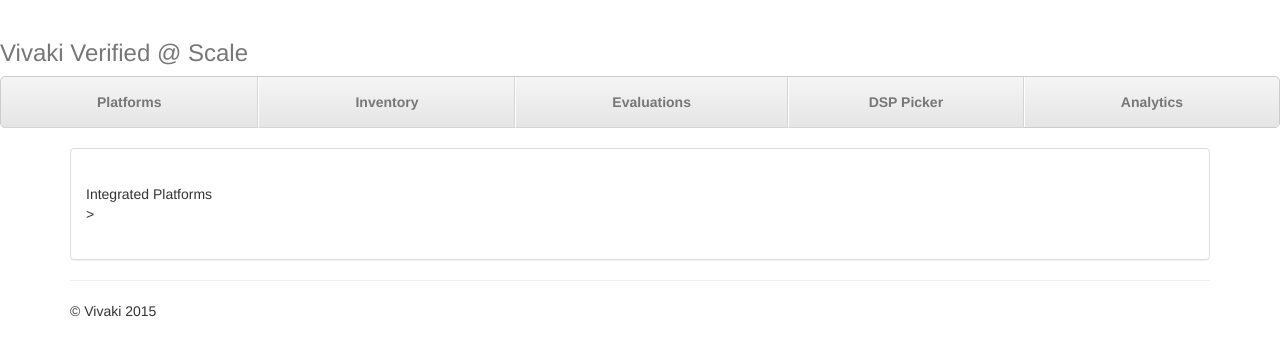
Repository: benlampert/vv
Page: vendors/templates/vendors/adserver_detail.html
The author's editor kept a record of every edit. The page is drawn from the files as they stood at one moment, then again after the next edit.
The browser window is 1280 px wide. The pictures show the whole page.
The template is drawn by Django 2.2. The application's start-up code is not run. The template is opened directly, without the code that normally fills it, so the values that code supplies are empty.

Above is the page before.

After the next edit:
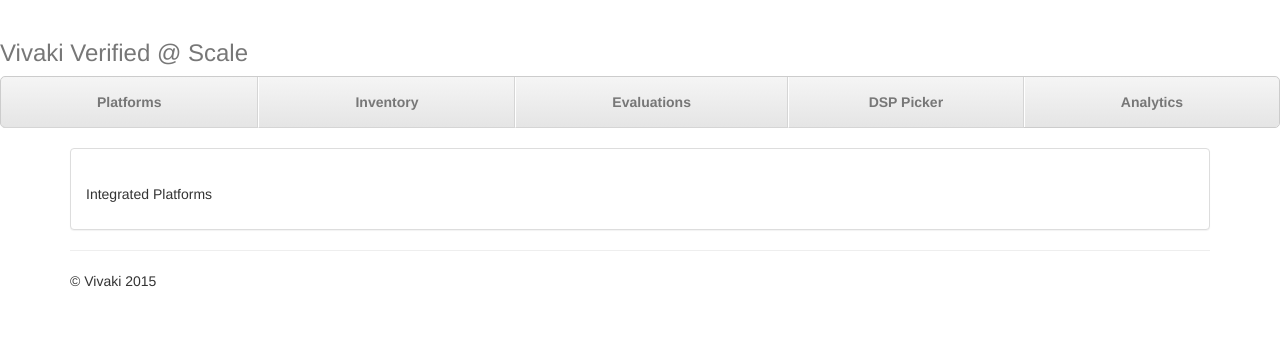
The edit:
--- a/vendors/templates/vendors/adserver_detail.html
+++ b/vendors/templates/vendors/adserver_detail.html
@@ -7,7 +7,7 @@
 
           <h1>{{ adserver.adserver_name }}</h1>
 Integrated Platforms</br>
-<ul  class="list-group">>
+<ul class="list-unstyled">
     {% for vendor in adserver.vendor_set.all %}
     <li  class="list-group-item"><a href="/vendors/{{vendor.id }}/">{{ vendor }} </a> </li>
     {% endfor %}
